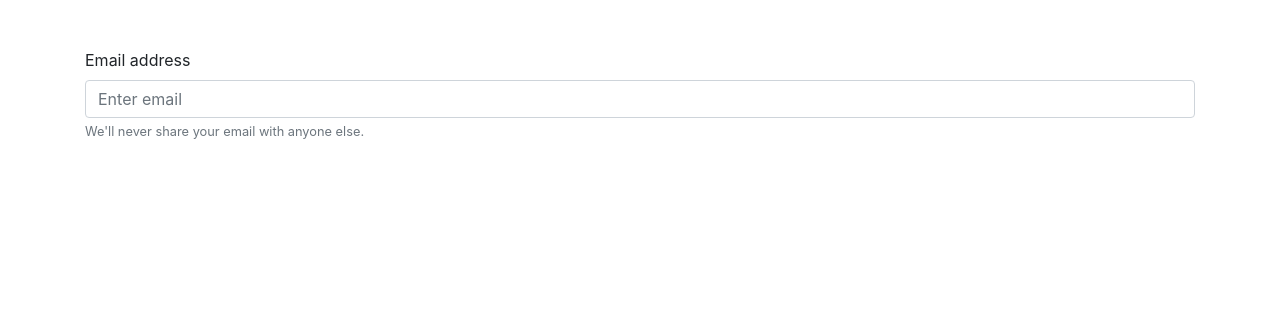
Repository: ashokthombre/Practice-projects
Page: http://localhost/springmvc/contact
These files come from the project's save history. The page is drawn as it stood at one moment and after the next save; the edit follows.
The browser window is 1280 px wide. The pictures show the whole page.
Some web libraries are served in a nearby version. The page is served by Tomcat 9.

Above is the page before, as saved 2024-09-02 17:20:27.

After the next save:
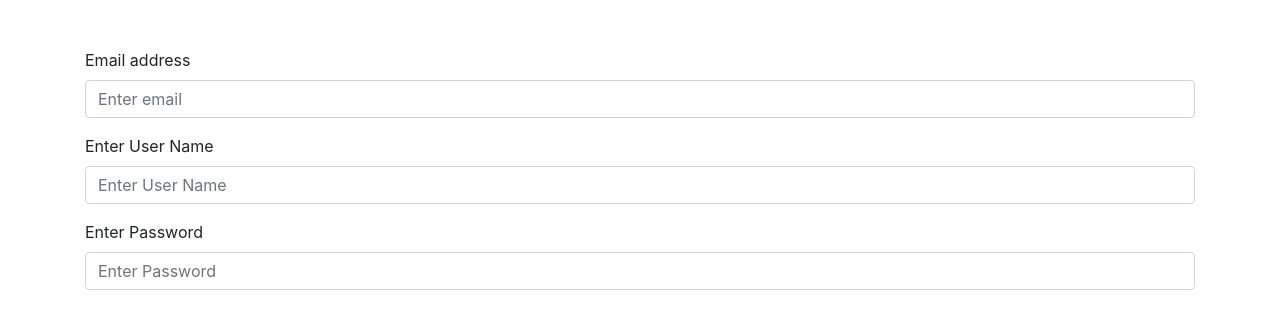
Saved 3 min 33 s later.
--- a/springmvc/src/main/webapp/WEB-INF/views/contact.jsp
+++ b/springmvc/src/main/webapp/WEB-INF/views/contact.jsp
@@ -21,10 +21,20 @@
   <div class="form-group">
     <label for="exampleInputEmail1">Email address</label>
     <input type="email" class="form-control" id="exampleInputEmail1" aria-describedby="emailHelp" placeholder="Enter email">
-    <small id="emailHelp" class="form-text text-muted">We'll never share your email with anyone else.</small>
+
   </div>
 
+  <div class="form-group">
+    <label for="exampleInputUserName">Enter User Name</label>
+    <input type="text" class="form-control" id="exampleInputUserName" aria-describedby="userHelp" placeholder="Enter User Name">
 
+  </div>
+
+  <div class="form-group">
+    <label for="exampleInputPassword">Enter Password</label>
+    <input type="password" class="form-control" id="exampleInputPassword" aria-describedby="passwordHelp" placeholder="Enter Password">
+
+  </div>
   </form>
    </div>
 
